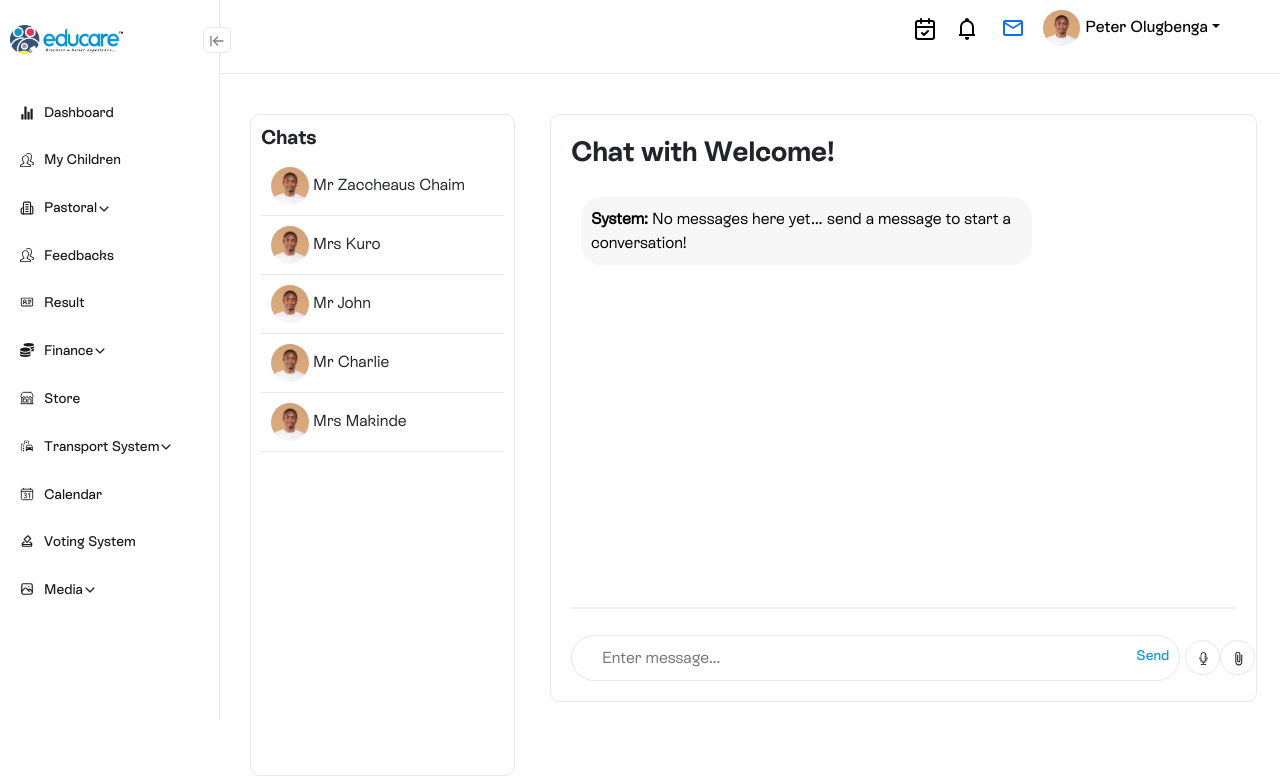
Repository: sarahnnanyelugo/educare-dashboards
Page: /chat-interface
These files come from the project's save history. The page is drawn as it stood at one moment and after the next save; the edit follows.
The browser window is 1280 px wide. The pictures show the whole page.
The project was rebuilt for these pictures with package versions that can differ from the ones it lists, and the page was loaded fresh each time. Also part of the build but not shown: src/Dashboards/Parents/Feedbacks/feedbacks.scss, src/components/AppTable/table.scss, src/components/AppTable/AppTable.js, src/Utils/DataUtils.js, src/components/Select/select.scss, src/components/Select/Select.js, src/components/Search/search.scss, src/components/Search/Search.js and 50 more.

Above is the page before, as saved 2024-11-28 09:24:25.

After the next save:
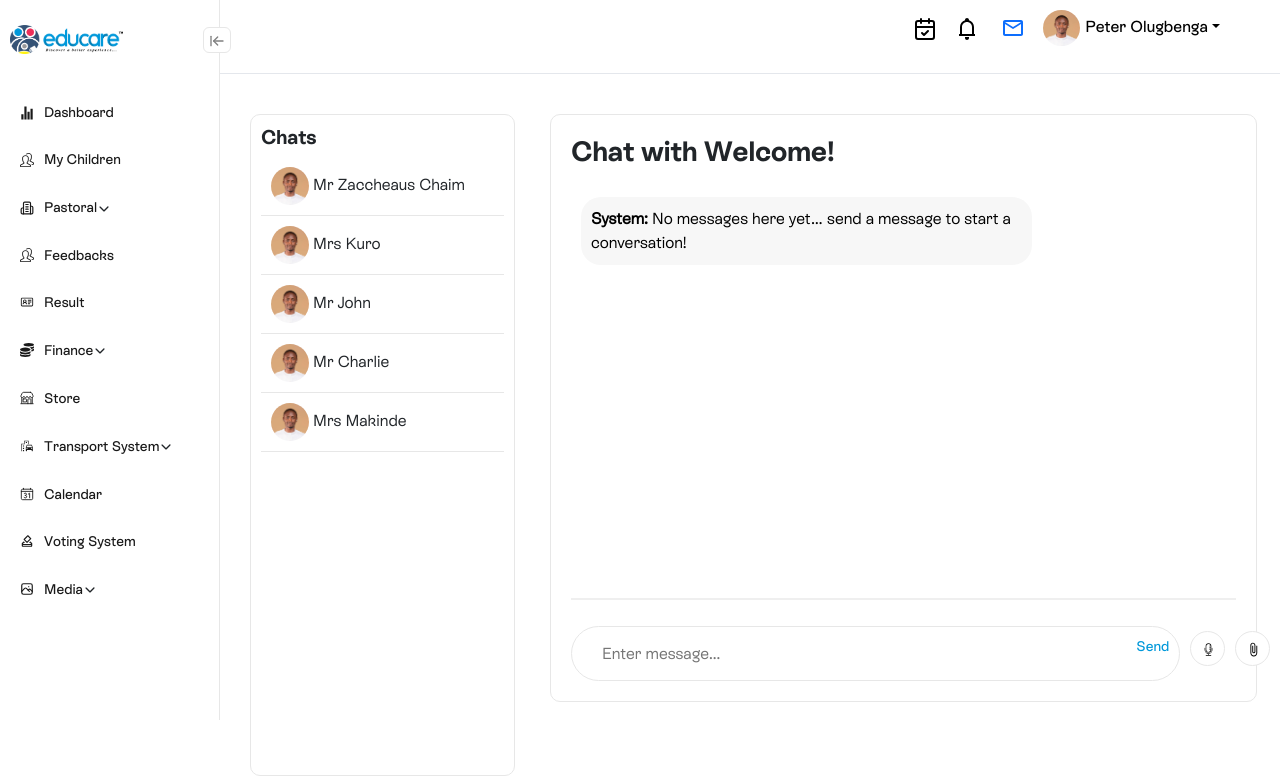
Saved 26 s later.
--- a/src/components/TopNav/ChatInterface/chat.scss
+++ b/src/components/TopNav/ChatInterface/chat.scss
@@ -134,7 +134,7 @@
   height: 35px;
   width: 35px;
   border: solid 1px #e7e7e7;
-  margin-top: 15px;
+  margin: 15px 5px;
   font-size: 15px;
 }
 
